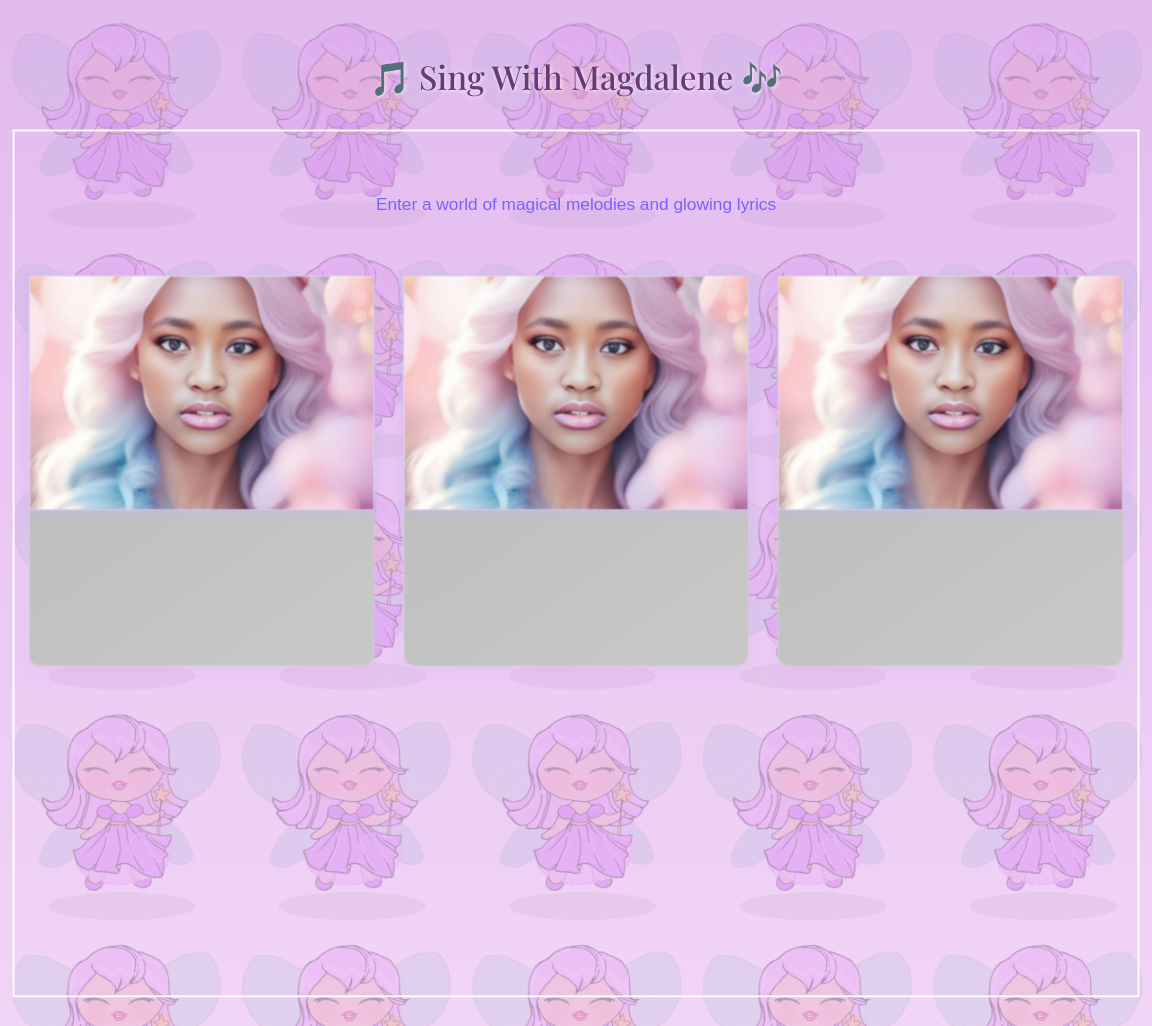
Repository: VladimirGagarin/Meg
Page: /
These files come from the project's save history. The page is drawn as it stood at one moment and after a run of saves; the edit follows.
The browser window is 1280 px wide. The pictures show the whole page, at 90% of full size.
The project was rebuilt for these pictures with package versions that can differ from the ones it lists, and the page was loaded fresh each time. Also part of the build but not shown: vite.config.js, src/components/Controls.jsx, src/pages/SongScreen.css, src/components/lyricsCard.jsx, src/pages/SongScreen.jsx. Imported but missing from the stored project, and not drawn on this page: src/assets/audios/IamMagdalene.mp3, src/assets/audios/The beginning.mp3, src/assets/audios/meg.mp3.

Above is the page before, as saved 2025-07-07 13:11:56.

After the next 2 saves:
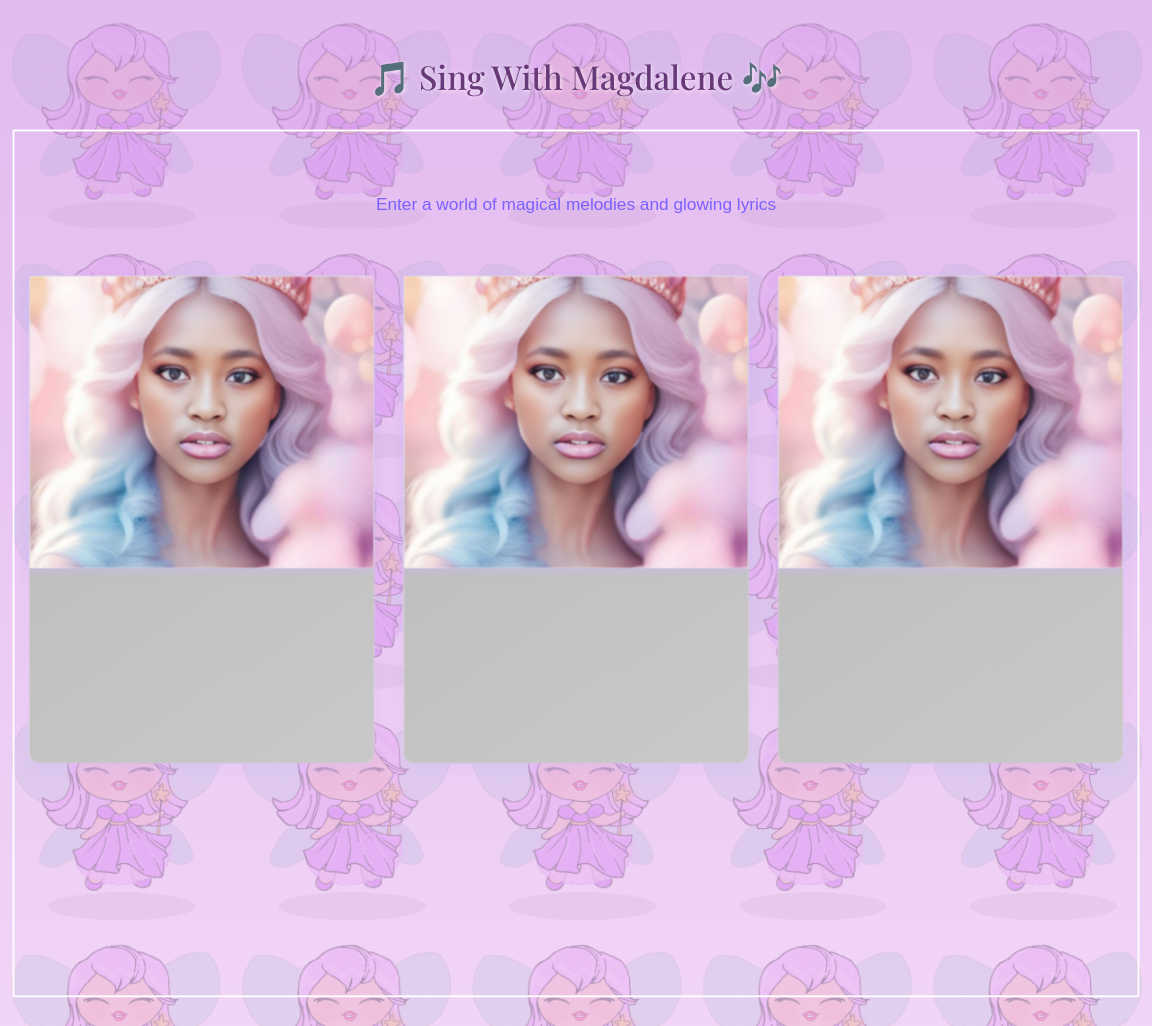
The 2 saves are shown as one change because they came seconds apart.
The last was saved 16 s later.
--- a/src/components/SongCard.css
+++ b/src/components/SongCard.css
@@ -18,7 +18,7 @@
     text-align: center;
     box-shadow: 0 8px 16px rgba(200, 180, 255, 0.2);
     transition: transform 0.3s ease;
-    height: 60vh;
+    height: 75vh;
     padding: 0;
     border-radius: 10px;
     background-color: rgba(255, 255, 255, 0.074);
